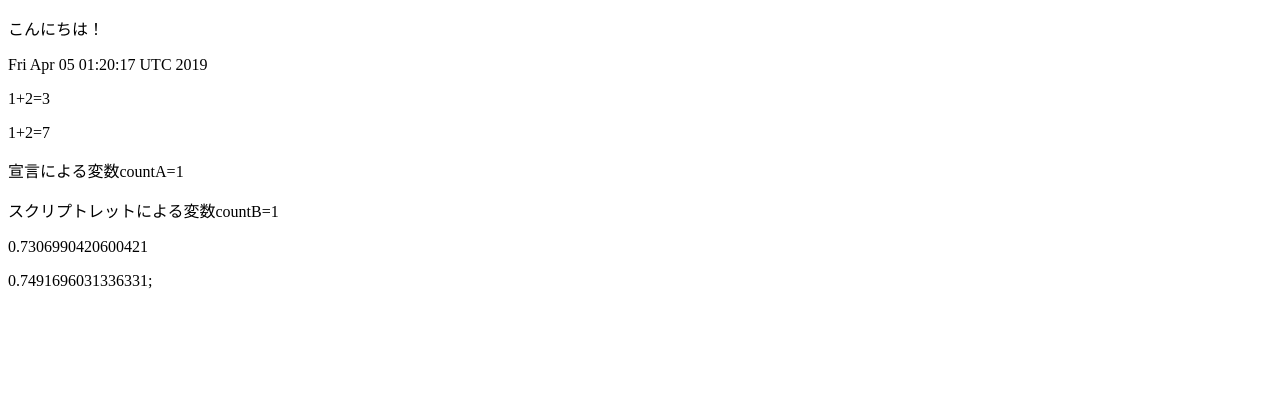
Repository: risalarson/test
Page: http://localhost/HelloJSP/
The author's editor kept a copy of each file at every save. The page is drawn from the files as they stood at one save, then again after the next save.
The browser window is 1280 px wide. The pictures show the whole page.
The page is served by Tomcat 9.

Above is the page before, as saved 2019-04-05 01:41:52.

### HelloJSP/WebContent/index.jsp
<%@ page language="java" contentType="text/html; charset=UTF-8"
    pageEncoding="UTF-8"%>
<!DOCTYPE html PUBLIC "-//W3C//DTD HTML 4.01 Transitional//EN" "http://www.w3.org/TR/html4/loose.dtd">
<html>
<head>
<meta charset="UTF-8">
<title>TEST</title>
</head>
<body>
<p>こんにちは！</p>
<% out.println(new java.util.Date()); %>
<%!
static int add(int a,int b){
	return a+b;
}
%>
<p>1+2=<%=add(1,2) %></p>
<p>1+2=<%=add(3,4) %></p>
<%! static int countA=0; %>
<%
int countB=0;
countA++;
countB++;
%>
<p>宣言による変数countA=<%=countA %></p>
<p>スクリプトレットによる変数countB=<%=countB %></p>
<p><%out.println(Math.random()); %></p>
<p><%=Math.random() %>;</p>
</body>
</html>

After the next save:
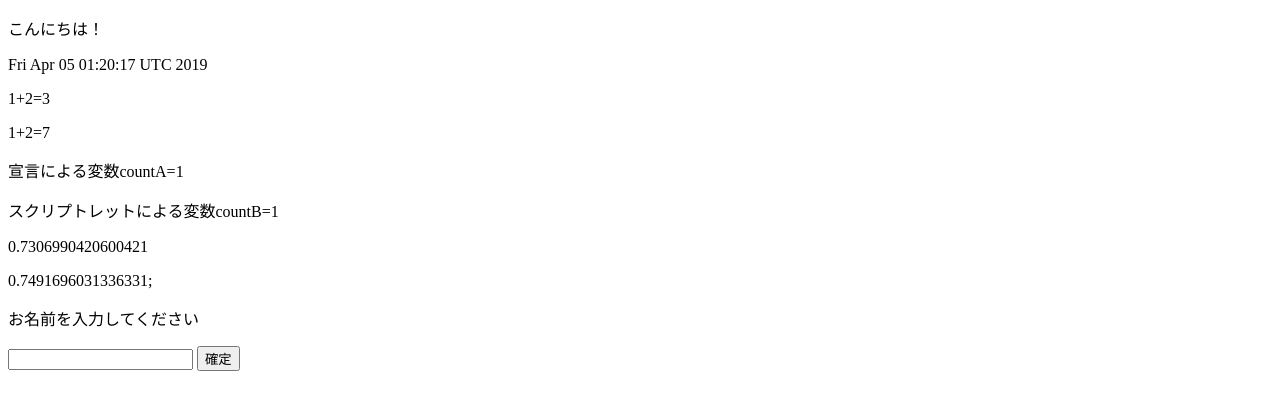
Saved 2 min 47 s later.
--- a/HelloJSP/WebContent/index.jsp
+++ b/HelloJSP/WebContent/index.jsp
@@ -26,5 +26,10 @@ countB++;
 <p>スクリプトレットによる変数countB=<%=countB %></p>
 <p><%out.println(Math.random()); %></p>
 <p><%=Math.random() %>;</p>
+<p>お名前を入力してください</p>
+<form method="post"action="greeting-out.jsp">
+<input type="text"name="user">
+<input type="submit"value="確定">
+</form>
 </body>
 </html>
